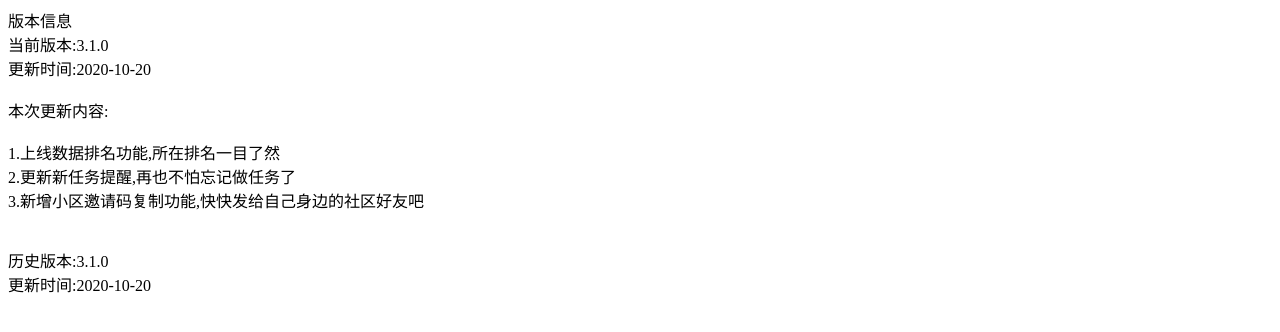
Repository: zhougz9527/yeweihui-v5
Page: yeweihui-admin/src/main/resources/templates/modules/version/version.html
The author's editor kept a copy of each file at every save. The page is drawn from the files as they stood at one save, then again after the next save.
The browser window is 1280 px wide. The pictures show the whole page.

Above is the page before, as saved 2020-10-21 19:31:27.

### yeweihui-admin/src/main/resources/templates/modules/version/version.html
<!DOCTYPE html>
<html>
<head>
    <title>版本信息</title>

    <style>
    </style>

</head>
<body>
<div>
    <div>
        <div>
            版本信息
        </div>
        <div>
            <div>
                当前版本:3.1.0<br/>
                更新时间:2020-10-20<br/>
                <br/>
                <div>本次更新内容:</div> <br/>
                <div>
                    1.上线数据排名功能,所在排名一目了然<br/>
                    2.更新新任务提醒,再也不怕忘记做任务了<br/>
                    3.新增小区邀请码复制功能,快快发给自己身边的社区好友吧<br/>
                    <br/>
                </div>
                    <br/>
                历史版本:3.1.0<br/>
                更新时间:2020-10-20
            </div>
        </div>
    </div>
</div>

</body>
</html>

After the next save:
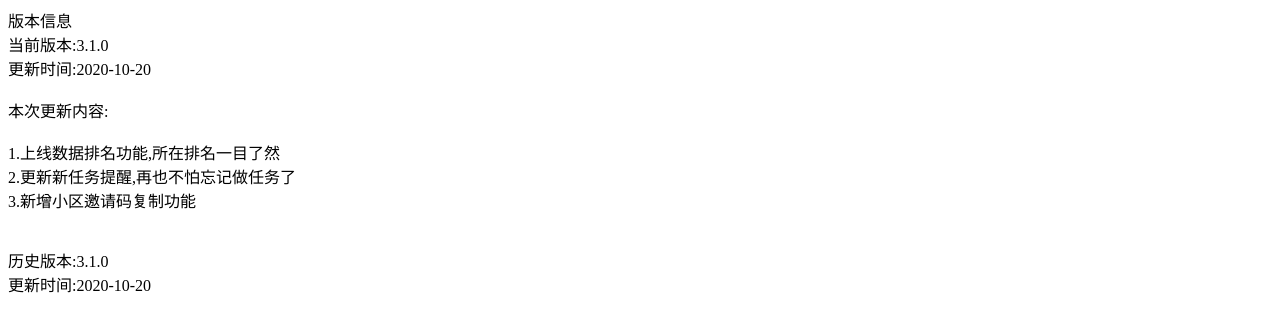
Saved 37 h 25 min later.
--- a/yeweihui-admin/src/main/resources/templates/modules/version/version.html
+++ b/yeweihui-admin/src/main/resources/templates/modules/version/version.html
@@ -22,7 +22,7 @@
                 <div>
                     1.上线数据排名功能,所在排名一目了然<br/>
                     2.更新新任务提醒,再也不怕忘记做任务了<br/>
-                    3.新增小区邀请码复制功能,快快发给自己身边的社区好友吧<br/>
+                    3.新增小区邀请码复制功能<br/>
                     <br/>
                 </div>
                     <br/>
